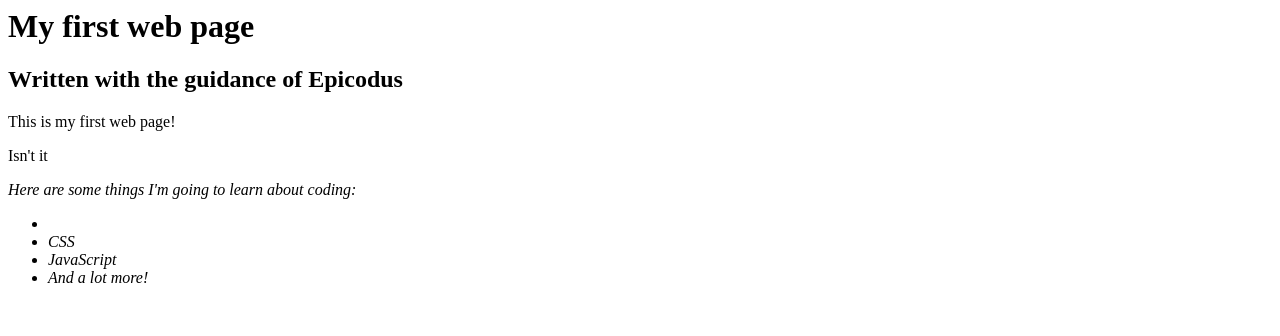
Repository: fieldceleste/my-first-webpage
Page: my-first-webpage.html
The author's editor kept a copy of each file at every save. The page is drawn from the files as they stood at one save, then again after the next save.
The browser window is 1280 px wide. The pictures show the whole page.

Above is the page before, as saved 2019-10-23 18:54:13.

After the next save:
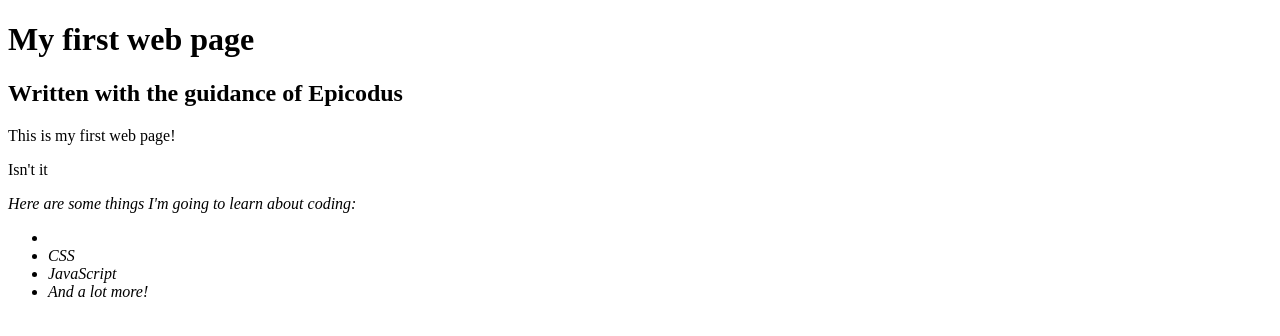
Saved 38 s later.
--- a/my-first-webpage.html
+++ b/my-first-webpage.html
@@ -1,7 +1,7 @@
-<DOCTYPEhtml>
+<!DOCTYPE html>
 <html>
     <head>
-       <title><strong> Web page #1 </strong></title>
+       <title><strong>Web page #1</strong></title>
     </head>
     <body>
       <h1>My first web page</h1>
